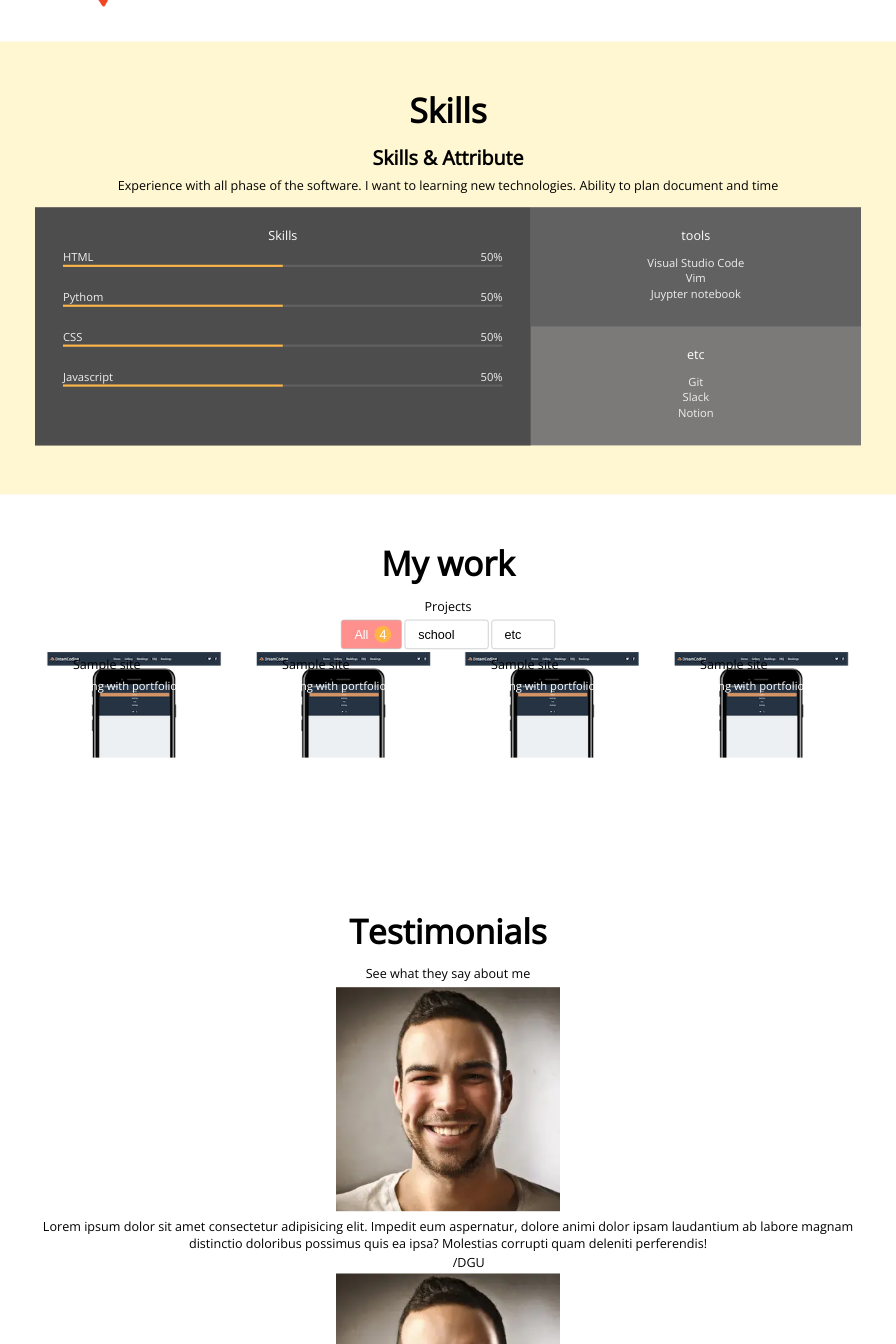
Repository: DongjaJ/portfolio
Page: index.html
The author's editor kept a copy of each file at every save. The page is drawn from the files as they stood at one save, then again after the next save.
The browser window is 1280 px wide. The pictures show the part of the page from y = 1535 to 3455 px (the page is 4111 px tall), at 70% of full size.
Some web libraries are served in a nearby version.

Above is the page before, as saved 2022-05-23 16:18:41.

### index.html
<!DOCTYPE html>
<html lang="en">
<head>
	<meta charset="UTF-8">
	<meta http-equiv="X-UA-Compatible" content="IE=edge">
	<meta name="viewport" content="width=device-width, initial-scale=1.0">
	<title>Dongja's Portfolio</title>
	<meta name ="description" content= "Portfolio for Dongja">
	<meta name ="author" content= "Dongja">
	<link rel="icon" type ="image/png" href="imgs/favicon.png"/>
	<script
		src="https://kit.fontawesome.com/4d499a68c2.js"
		crossorigin="anonymous"
	></script>
	<link rel="preconnect" href="https://fonts.googleapis.com">
	<link rel="preconnect" href="https://fonts.gstatic.com" crossorigin>
	<link href="https://fonts.googleapis.com/css2?family=Open+Sans:ital,wght@0,400;1,600;1,700&display=swap" rel="stylesheet">
	<link rel = "stylesheet" href="style.css"/>
	<script src ="main.js" defer></script>
</head>
<body>
	<!-- Navbar -->
	<nav id="navbar">
		<div class="navbar__logo">
			<i class="fa-solid fa-ice-cream"></i>
			<a href="#">Dongja</a>
		</div>
		<ul class="navbar__menu">
			<li class="navbar__menu__item active">Home</li>
			<li class="navbar__menu__item">About</li>
			<li class="navbar__menu__item">Skills</li>
			<li class="navbar__menu__item">Work</li>
			<li class="navbar__menu__item">Testimonials</li>
			<li class="navbar__menu__item">Contact</li>
		</ul>
	</nav>
	<!-- Home -->
	<section id="home">
		<img src="imgs/dragon-solid.png"
			alt="dongja's profile photo"
			class="home__avatar"/>
		<h1 class="home__title">Hello, <br/>I'm donghwan</h1>
		<h2 class="home__description">developer for full stack</h2>
		<button class="home__contact">Contact me</button>
	</section>
	<!-- About -->
	<section id="about" class="section section__container">
		<h1>About me</h1>
		<p>I studied C++,C. I am Studying frontend.
			And I want to study Backend!<br/>
			I'm studying react for frontend,
			and I want to study node.js for backend.
		</p>
		<div class="about__major">
			<div class="major">
				<div class="major__icon">
					<i class="fa-solid fa-c"></i>
				</div>
				<h2 class="major__title">C</h2>
				<div class="__major__description">C,C++</div>
			</div>
			<div class="major">
				<div class="major__icon">
					<i class="fa-brands fa-js"></i>
				</div>
				<h2 class="major__title">Frontend</h2>
				<div class="__major__description">Html, css, javascript</div>
			</div>
			<div class="major">
				<div class="major__icon">
					<i class="fa-brands fa-node"></i>
				</div>
				<h2 class="major__title">Backend</h2>
				<div class="__major__description">python, node.js</div>
			</div>
		</div>
		<div class="about__school" >
			<div class="school">
				<img src="/imgs/school.png" alt="logo-dongguk university" class="school__logo">
				<div class="school__description">
					<div class="school_name">dongguk university</div>
				<div class="school_period">4years</div>
				</div>
			</div>
		</div>
		<div class="about__school">
			<div class="school">
				<img src="/imgs/flower.png" alt="logo-dongguk university" class="school__logo">
				<div class="school__description">
					<div class="school_name">dongguk university</div>
				<div class="school_period">4years</div>
				</div>
			</div>
		</div>
	</section>
	<!-- Skills -->
	<section id="skills" class="section">
		<div class="section__container">
			<h1>Skills</h1>
			<h2>Skills & Attribute</h2>
			<p>
				Experience with all phase of the software. I want to learning
				new technologies. Ability to plan document and time
			</p>
			<div class="skillset">
				<div class="skillset_left">
					<h3 class="skillset_title">Skills</h3>
					<div class="skill">
						<div class="skill_description">
							<span>HTML</span>
							<span>50%</span>
						</div>
						<div class="skill_bar">
							<div class="skill_value" style="width: 50%;"></div>
						</div>
					</div>
					<div class="skill">
						<div class="skill_description">
							<span>Pythom</span>
							<span>50%</span>
						</div>
						<div class="skill_bar">
							<div class="skill_value" style="width: 50%;"></div>
						</div>
					</div>
					<div class="skill">
						<div class="skill_description">
							<span>CSS</span>
							<span>50%</span>
						</div>
						<div class="skill_bar">
							<div class="skill_value" style="width: 50%;"></div>
						</div>
					</div>
					<div class="skill">
						<div class="skill_description">
							<span>Javascript</span>
							<span>50%</span>
						</div>
						<div class="skill_bar">
							<div class="skill_value" style="width: 50%;"></div>
						</div>
					</div>
				</div>
				<div class="skillset_right">
					<div class="tools">
						<h3 class="skillset_title">tools</h3>
						<ul class="tools__list">
							<li><span>Visual Studio Code</span></li>
							<li><span>Vim</span></li>
							<li><span>Juypter notebook</span></li>
						</ul>
					</div>
					<div class="etc">
						<h3 class="skillset_title">etc</h3>
						<ul class="ec__list">
							<li><span>Git</span></li>
							<li><span>Slack</span></li>
							<li><span>Notion</span></li>
						</ul>
					</div>
				</div>
			</div>
		</div>
	</section>
	<!-- Work -->
	<section id="work" class="section">
		<h1>My work</h1>
		<h3>Projects</h3>
		<div class="work__categories">
			<button class="category__btn active">All <span class="category__count">4</span></button>
			<button class="category__btn">school <span class="category__count">2</span></button>
			<button class="category__btn">etc <span class="category__count">2</span></button>
		</div>
		<div class="work__projects">
			<a
			href="https://github.com/DongjaJ"
			class="project"
			target="blank"
			>
			<img src="imgs/navbar-200518-191508.webp" alt="" class="project__img">
			<div class="project__description">
				<h3>Sample site</h3>
				<span>Clone coding with portfolio</span>
			</div>
		</a>
		<a
		href="https://github.com/DongjaJ"
		class="project"
		target="blank"
		>
		<img src="imgs/navbar-200518-191508.webp" alt="" class="project__img">
		<div class="project__description">
			<h3>Sample site</h3>
			<span>Clone coding with portfolio</span>
		</div>
		</a>
		<a
	href="https://github.com/DongjaJ"
	class="project"
	target="blank"
	>
	<img src="imgs/navbar-200518-191508.webp" alt="" class="project__img">
	<div class="project__description">
		<h3>Sample site</h3>
		<span>Clone coding with portfolio</span>
	</div>
		</a>
		<a
href="https://github.com/DongjaJ"
class="project"
target="blank"
>
<img src="imgs/navbar-200518-191508.webp" alt="" class="project__img">
<div class="project__description">
	<h3>Sample site</h3>
	<span>Clone coding with portfolio</span>
</div>
		</a>
		</div>
	</section>

	<!-- Testimonials -->
	<section id="testimonials" class="section">
	<h1>Testimonials</h1>
	<h3>See what they say about me</h3>
	<div class="testimonials">
		<div class="testimonial">
			<img
			src="imgs/people1-200515-154332.webp"
			alt="People"
			class="testimonial__avatar"
			>
			<div class="testimonial__speech-bubble">
				<p>Lorem ipsum dolor sit amet consectetur adipisicing elit. Impedit eum aspernatur, dolore animi dolor ipsam laudantium ab labore magnam distinctio doloribus possimus quis ea ipsa? Molestias corrupti quam deleniti perferendis!</p>
				<p class="name"><a href="">Dongja</a>/DGU</p>
			</div>
		</div>
		<div class="testimonial">
			<img
			src="imgs/people1-200515-154332.webp"
			alt="People"
			class="testimonial__avatar"
			>
			<div class="testimonial__speech-bubble">
				<p>Lorem ipsum dolor sit amet consectetur adipisicing elit. Impedit eum aspernatur, dolore animi dolor ipsam laudantium ab labore magnam distinctio doloribus possimus quis ea ipsa? Molestias corrupti quam deleniti perferendis!</p>
				<p class="name"><a href="">Dongja</a>/DGU</p>
			</div>
		</div>
	</div>
</section>
	<!-- Contact -->
	<section id="contact" class="section">
		<h1 class="contact__title">Let's talk</h1>
		<h2 class="class__email">jdh981118@naver.com</h2>
		<div class="contact__links">
			<a href="https://github.com/DongjaJ">
				<i class="fa-brands fa-github"></i>
			</a>
			<p class="contact__rights">
				2022 Dongja - All rights reserved
			</p>
		</div>
	</section>
</body>
</html>

### style.css
/* Global */
:root{
	/* Color */
	--color-white: #ffffff;
	--color-light-white: #eeeeee;
	--color-dark-white: #bdbdbd;
	--color-pink: #fe918d;
	--color-dark-pink: #ff6863;
	--color-dark-grey: #4d4d4d;
	--color-grey: #616161;
	--color-light-grey: #7c7979;
	--color-blue: #73aace;
	--color-yellow: #fff7d1;
	--color-orange: #feb546;
	--color-black: #000000;
	/* Font size */
	--font-large: 48px;
	--font-medium: 28px;
	--font-regular: 18px;
	--font-small: 16px;
	--font-micro: 14px;
	/* Font weight */
	--weight-bold: 700;
	--weight-semi-bold:600;
	--weight-regular:400;

	/* Size */
	--size-border-radius: 4px;

	/* Animation */
	--animation-delay: 300ms;
}

/* Universal tags */
*{
	box-sizing: border-box;
}

body {
	margin: 0;
	font-family: 'Open Sans', sans-serif;
	cursor: default;
}

a{
	text-decoration: none;
	color: var(--color-white);
}

ul{
	padding-left: 0;
}

li{
	list-style: none;
}

button{
	background: transparent;
	cursor: pointer;
	border: none;
	outline: none;
}

/* Typography */
h1 {
	font-size: var(--font-large);
	font-weight: var(--weight-bold);
	color: var(--color-black);
	margin: 16px 0px;
}

h2{
	font-size: var(--font-medium);
	font-weight: var(--weight-semi-bold);
	color: var(--color-black);
	margin: 8px 0px;
}

h3{
	font-size: var(--font-regular);
	font-weight: var(--weight-regular);
	color: var(--color-black);
	margin: 8px 0;
}

p{
	font-size: var(--font-regular);
	font-weight: var(--font-regular);
	color: var(--color-black);
	margin: 4px 0;
}

/* navbar */
#navbar{
	display: flex;
	justify-content: space-between;
	background-color: var(--color-pink);
	align-items: center;
	color: var(--color-white);
	padding: 16px;
}

.navbar__logo{
	font-size: var(--font-medium);
	font-weight: var(--weight-semi-bold);
}

.navbar__menu{
	display: flex;
}

.navbar__menu__item{
	padding: 8px 12px;
	margin: 0 4px ;
	cursor: pointer;
	border-radius: var(--size-border-radius);
}
.navbar__menu__item.active{
	border: 1px solid var(--color-white);
}

.navbar__menu__item:hover{
	background-color: var(--color-dark-pink);
}

/* Home */
#home{
	background: url("imgs/homebackground-200515-154505.webp") center/cover no-repeat;
	padding: 40px;
	text-align: center;
}

.home__avatar{
	width: 250px;
	height: 250px;
	border-radius: 50%;
	border: 2px solid var(--color-light-white);
}

.home__title,
.home__description{
	color: var(--color-white);
}

.home__contact{
	color: var(--color-white);
	font-size: var(--font-regular);
	font-weight: var(--weight-bold);
	margin: 24px;
	padding: 8px 12px;
	border: 2px solid var(--color-white);
	border-radius: var(--size-border-radius);
}

/* section common */
.section{
	padding: 50px;
	text-align: center;
	margin: auto;
}

.section__container{
	max-width: 1200px;
}

/* about */
.about__major{
	display: flex;
	justify-content: space-between;
	margin: 80px 0;
}

.major__icon{
	width: 170px;
	height: 170px;
	font-size: 70px;
	line-height: 170px;
	margin: auto;
	border: 1px solid var(--color-blue);
	border-radius: 50%;
	margin-bottom: 16px;
	color: var(--color-blue);
}

.major__icon i:hover{
	color: var(--color-pink);
	transform: rotate(-30deg) scale(1.1);
}

.major__icon i{
	transition: all var(--animation-delay) ease;
}

.major__title, .__major__description{
	color: var(--color-dark-grey);
}

.__major__description{
	font-size: var(--font-small);
}

.school{
	display: flex;
	align-items: center;
}

.school__description{
	margin: 0 16px;
	text-align: left;
}

.school_name, .school_period{
	color: var(--color-light-grey);
}

.school_name{
font-size: var(--font-small);
}

.school_period{
font-size: var(--font-micro);
}

.school__logo{
	width: 100px;
	height: 100px;
}

#skills{
	background-color: var(--color-yellow);
}

.skillset{
	display: flex;
	background-color: var(--color-light-grey);
	color: var(--color-light-white);
	margin: 20px 0;
}

.skillset_title{
	color: var(--color-white);
}

.skillset_left{
	flex-basis: 60%;
	background-color: var(--color-dark-grey);
	padding: 20px 40px;
}

.skill{
	margin-bottom: 32px;
}

.skill_value{
	height: 3px;
	background-color: var(--color-orange);
}

.skill_description{
	display: flex;
	justify-content: space-between;
}

.skill_bar{
	width: 100%;
	height: 3px;
	background-color: var(--color-grey);
}

.skillset_right{
	flex-basis: 40%;
}

.tools{
	background-color: var(--color-grey);
}

.tools, .etc{
	padding: 20px;
}

.category__btn{
	border: solid 1px var(--color-dark-white);
	border-radius: var(--size-border-radius);
	font-size: var(--font-regular);
	padding: 8px 18px;
}

.category__btn.active,
.category__btn:hover{
	background-color: var(--color-pink);
	color: var(--color-white);
}

.category__btn.active .category__count,
.category__btn:hover .category__count{
	opacity: 1;
	top: 0;
}

.category__count{
	background-color: var(--color-orange);
	border-radius: 50%;
	color: var(--color-white);
	width: 24px;
	height: 24px;
	line-height: 24px;
	display: inline-block;
	position: relative;
	top: -20px;
	left: 4px;
	opacity: 0;
	transition: all var(--animation-delay) ease-in;
}

.work__projects{
	display: flex;
	flex-wrap: wrap;
	justify-content: space-between;
}

.project{
	position: relative;
	width: 280px;
	height: 250px;
	margin: 2px;
}

.project__img{
	max-width: 100%;
	max-height: 100%;
}

.project__description{
	position: absolute;
	top: 0;
	left: 0;
}

Loaded but not shown: main.js (no stored copy; drawn as an empty file)

After the next save:
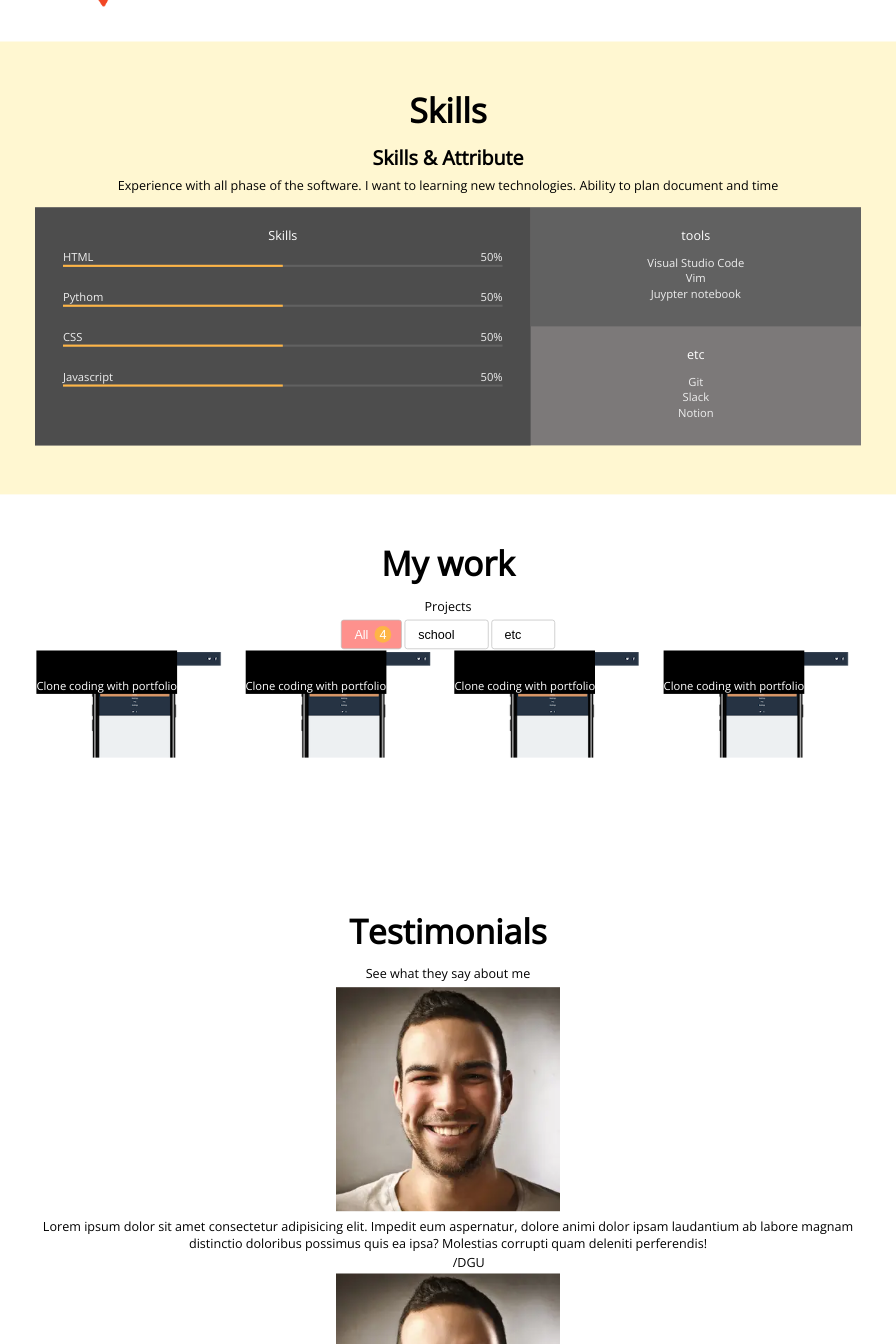
Saved 25 s later.
--- a/style.css
+++ b/style.css
@@ -336,4 +336,5 @@
 	position: absolute;
 	top: 0;
 	left: 0;
-}
+	background-color: var(--color-black);
+}
